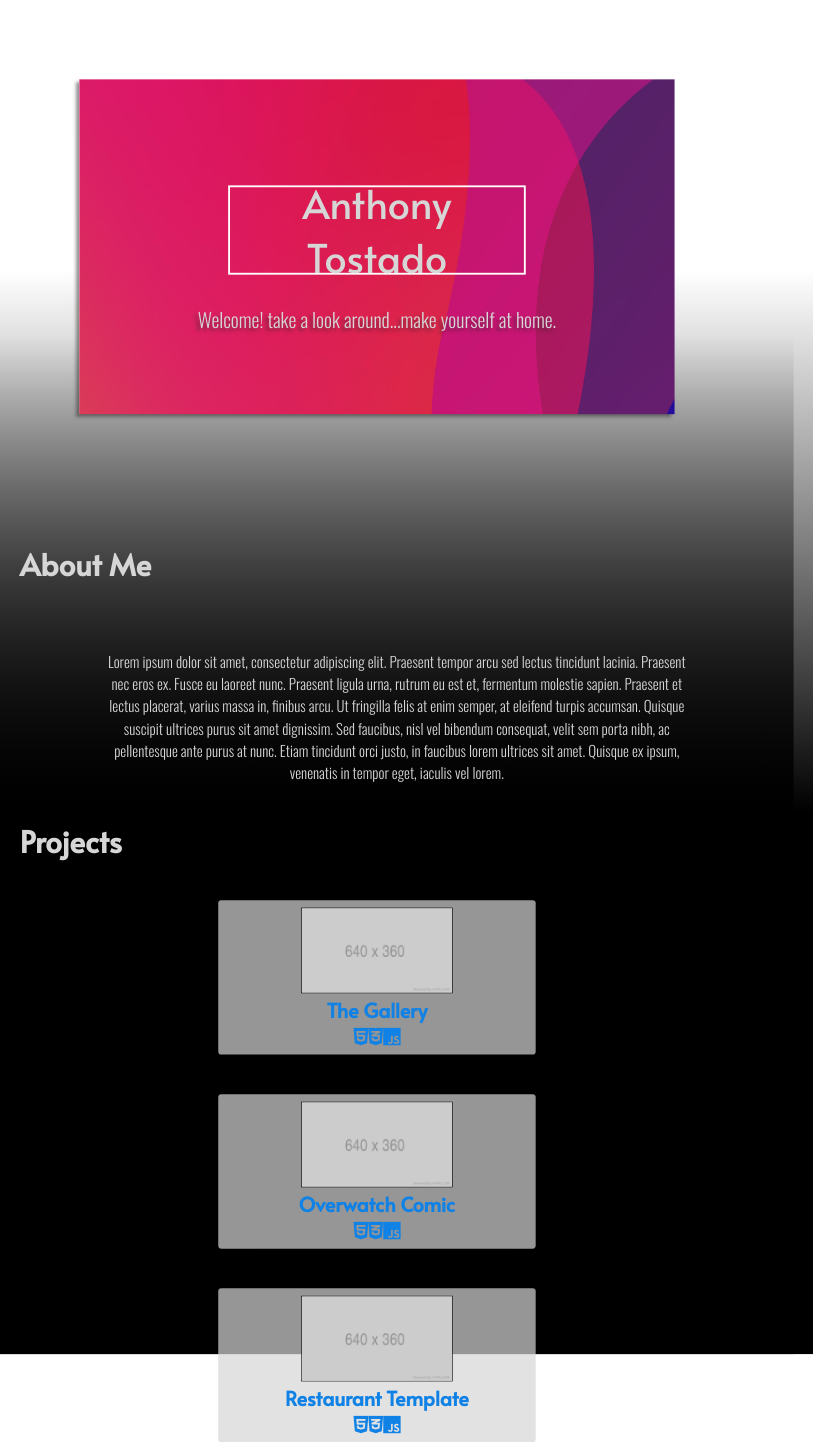
Repository: sloppytony/newport
Page: / (app in portfolio/)
These files come from the project's save history. The page is drawn as it stood at one moment and after the next save; the edit follows.
The browser window is 1280 px wide. The page is 1312 px wide, so the pictures cover 1312 px, including what lies to the right of the window. The pictures show the whole page, at 62% of full size.
Some web libraries are served in a nearby version. The project was rebuilt for these pictures with package versions that can differ from the ones it lists, and the page was loaded fresh each time.

Above is the page before, as saved 2020-08-23 15:28:22.

### portfolio/public/index.html
<!DOCTYPE html>
<html lang="en">
  <head>
    <meta charset="utf-8" />
    <link rel="icon" href="%PUBLIC_URL%/favicon.ico" />
    <meta name="viewport" content="width=device-width, initial-scale=1" />
    <meta name="theme-color" content="#000000" />
    <meta
      name="description"
      content="Web site created using create-react-app"
    />
    <link rel="apple-touch-icon" href="%PUBLIC_URL%/logo192.png" />
    <!--
      manifest.json provides metadata used when your web app is installed on a
      user's mobile device or desktop. See https://developers.google.com/web/fundamentals/web-app-manifest/
    -->
    <link rel="manifest" href="%PUBLIC_URL%/manifest.json" />
    <!--
      Notice the use of %PUBLIC_URL% in the tags above.
      It will be replaced with the URL of the `public` folder during the build.
      Only files inside the `public` folder can be referenced from the HTML.

      Unlike "/favicon.ico" or "favicon.ico", "%PUBLIC_URL%/favicon.ico" will
      work correctly both with client-side routing and a non-root public URL.
      Learn how to configure a non-root public URL by running `npm run build`.
    -->
    <link
      href="https://fonts.googleapis.com/css2?family=Alata&family=Oswald:wght@300&display=swap"
      rel="stylesheet"
    />
    <script
      src="https://kit.fontawesome.com/9a01f23326.js"
      crossorigin="anonymous"
    ></script>
    <title>React App</title>
  </head>
  <body>
    <noscript>You need to enable JavaScript to run this app.</noscript>
    <div id="root"></div>
    <!--
      This HTML file is a template.
      If you open it directly in the browser, you will see an empty page.

      You can add webfonts, meta tags, or analytics to this file.
      The build step will place the bundled scripts into the <body> tag.

      To begin the development, run `npm start` or `yarn start`.
      To create a production bundle, use `npm run build` or `yarn build`.
    -->
  </body>
</html>

### portfolio/src/index.css
* {
  margin: 0;
  padding: 0;
  box-sizing: border-box;
}

body {
  background: linear-gradient(
    180deg,
    rgba(0, 0, 0, 0) 20%,
    rgba(0, 0, 0, 1) 60%
  );
}

### portfolio/src/App.js
import React from "react";

import "./App.css";

function App() {
  return (
    <body>
      <div className="section1-container">
        <div className="section1">
          <h1 className="mainTitle">Anthony Tostado</h1>
          <p className="mainPara">
            Welcome! take a look around...make yourself at home.
          </p>
          <h2 className="scroll">Scroll</h2>
        </div>
      </div>
      <div className="section2">
        <h1 className="aboutTitle">About Me</h1>
        <p className="aboutPara">
          Lorem ipsum dolor sit amet, consectetur adipiscing elit. Praesent
          tempor arcu sed lectus tincidunt lacinia. Praesent nec eros ex. Fusce
          eu laoreet nunc. Praesent ligula urna, rutrum eu est et, fermentum
          molestie sapien. Praesent et lectus placerat, varius massa in, finibus
          arcu. Ut fringilla felis at enim semper, at eleifend turpis accumsan.
          Quisque suscipit ultrices purus sit amet dignissim. Sed faucibus, nisl
          vel bibendum consequat, velit sem porta nibh, ac pellentesque ante
          purus at nunc. Etiam tincidunt orci justo, in faucibus lorem ultrices
          sit amet. Quisque ex ipsum, venenatis in tempor eget, iaculis vel
          lorem.{" "}
        </p>
      </div>
      <div className="section3">
        <h1 className="projectTitle">Projects</h1>
        <div className="projectContent">
          <div className="card1">
            <img
              className="cardImage"
              src={require("../src/img/640x360.png")}
            ></img>
            <h1 className="cardTitle">The Gallery</h1>
            <section className="icons">
              <i class="fab fa-html5 fa-2x"></i>
              <i class="fab fa-css3-alt fa-2x"></i>
              <i class="fab fa-js fa-2x"></i>
            </section>
          </div>
          <div className="card2">
            <img
              className="cardImage"
              src={require("../src/img/640x360.png")}
            ></img>
            <h1 className="cardTitle">Overwatch Comic</h1>
            <section className="icons">
              <i class="fab fa-html5 fa-2x"></i>
              <i class="fab fa-css3-alt fa-2x"></i>
              <i class="fab fa-js fa-2x"></i>
            </section>
          </div>
          <div className="card3">
            <img
              className="cardImage"
              src={require("../src/img/640x360.png")}
            ></img>
            <h1 className="cardTitle">Restaurant Template</h1>
            <section className="icons">
              <i class="fab fa-html5 fa-2x"></i>
              <i class="fab fa-css3-alt fa-2x"></i>
              <i class="fab fa-js fa-2x"></i>
            </section>
          </div>
        </div>
      </div>
    </body>
  );
}

export default App;

### portfolio/src/App.css
.image {
  width: 100%;
  height: 100%;
}

/*opening page*/
.section1 {
  height: 100vh;
  width: 100%;
  display: flex;
  justify-content: center;
  align-items: center;
  flex-direction: column;
}

div.section1-container {
  width: 75%;
  height: 75vh;
  background: url("./img/8_28_orig.png");
  margin: 10%;
  box-shadow: -5px 5px 5px rgba(44, 44, 44, 0.5);
}

.mainTitle {
  font-family: "Alata", sans-serif;
  font-weight: 100;
  font-size: 400%;
  display: flex;
  justify-content: center;
  align-items: center;
  text-align: center;
  color: rgb(214, 214, 214);

  animation: fadeIn 1.5s;
  border: 3px solid white;
  width: 50%;
  height: 20%;
}

.mainPara {
  font-family: "Oswald", sans-serif;
  font-size: 200%;
  display: flex;
  align-items: center;
  text-align: center;
  color: rgb(214, 214, 214);
  padding: 5%;
  text-shadow: -5px 5px 5px rgba(44, 44, 44, 0.5);
  animation: fadeIn 1.5s;
}

.scroll {
  font-family: "Oswald", sans-serif;
  font-size: 300%;
  padding-bottom: 2%;
  animation: pulse 2.5s infinite;
  color: rgb(214, 214, 214);
}

/*about*/
.section2 {
  height: 75vh;
  width: 100%;
  overflow: hidden;
  display: flex;
  align-items: center;
  justify-content: center;
  flex-direction: column;
  margin-bottom: 10%;
}

h1.aboutTitle {
  height: 20%;
  width: 100%;
  margin-left: 5%;
  font-family: "Alata", sans-serif;
  font-size: 300%;
  color: rgb(214, 214, 214);
}

p.aboutPara {
  width: 75%;
  height: 20vh;
  text-align: center;
  margin: 5%;
  font-size: 150%;
  font-family: "Oswald", sans-serif;
  color: rgb(214, 214, 214);
}

/*projects*/
.section3 {
  height: 100vh;
  width: 100%;

  color: rgb(16, 130, 230);
  display: flex;
  justify-content: center;
  align-items: center;
  flex-direction: column;
}

div.projectContent {
  width: 100%;
  display: flex;
  align-items: center;
  justify-content: center;
  flex-direction: column;
  margin-right: 10%;
}

h1.projectTitle {
  height: 20vh;
  width: 100%;
  margin-left: 5%;
  font-size: 300%;
  font-family: "Alata", sans-serif;
  color: rgb(214, 214, 214);
}

div.card1 {
  height: 50%;
  width: 40%;
  display: flex;
  justify-content: center;
  align-items: center;
  flex-direction: column;
  background: rgb(214, 214, 214, 0.7);
  border-radius: 5px 5px 5px;
  margin-left: 5%;
  padding: 1%;
  margin-top: 5%;
}

div.card2 {
  height: 50%;
  width: 40%;
  display: flex;
  justify-content: center;
  align-items: center;
  flex-direction: column;
  background: rgb(214, 214, 214, 0.7);
  border-radius: 5px 5px 5px;
  margin-left: 5%;
  padding: 1%;
  margin-top: 5%;
}

div.card3 {
  height: 50%;
  width: 40%;
  display: flex;
  justify-content: center;
  align-items: center;
  flex-direction: column;
  background: rgb(214, 214, 214, 0.7);
  border-radius: 5px 5px 5px;
  margin-left: 5%;
  padding: 1%;
  margin-top: 5%;
}

img.cardImage {
  width: 50%;
  border: 1px solid black;
}

h1.cardTitle {
  margin: 1%;
  font-size: 300;
  font-family: "Alata", sans-serif;
}

@keyframes fadeIn {
  from {
    opacity: 0;
  }
  to {
    opacity: 1;
  }
}

@keyframes pulse {
  0% {
    opacity: 0;
  }

  50% {
    opacity: 1;
  }
  100% {
    opacity: 0;
  }
}

Loaded but not shown: portfolio/src/index.js (common file); portfolio/src/serviceWorker.js (common file)

After the next save:
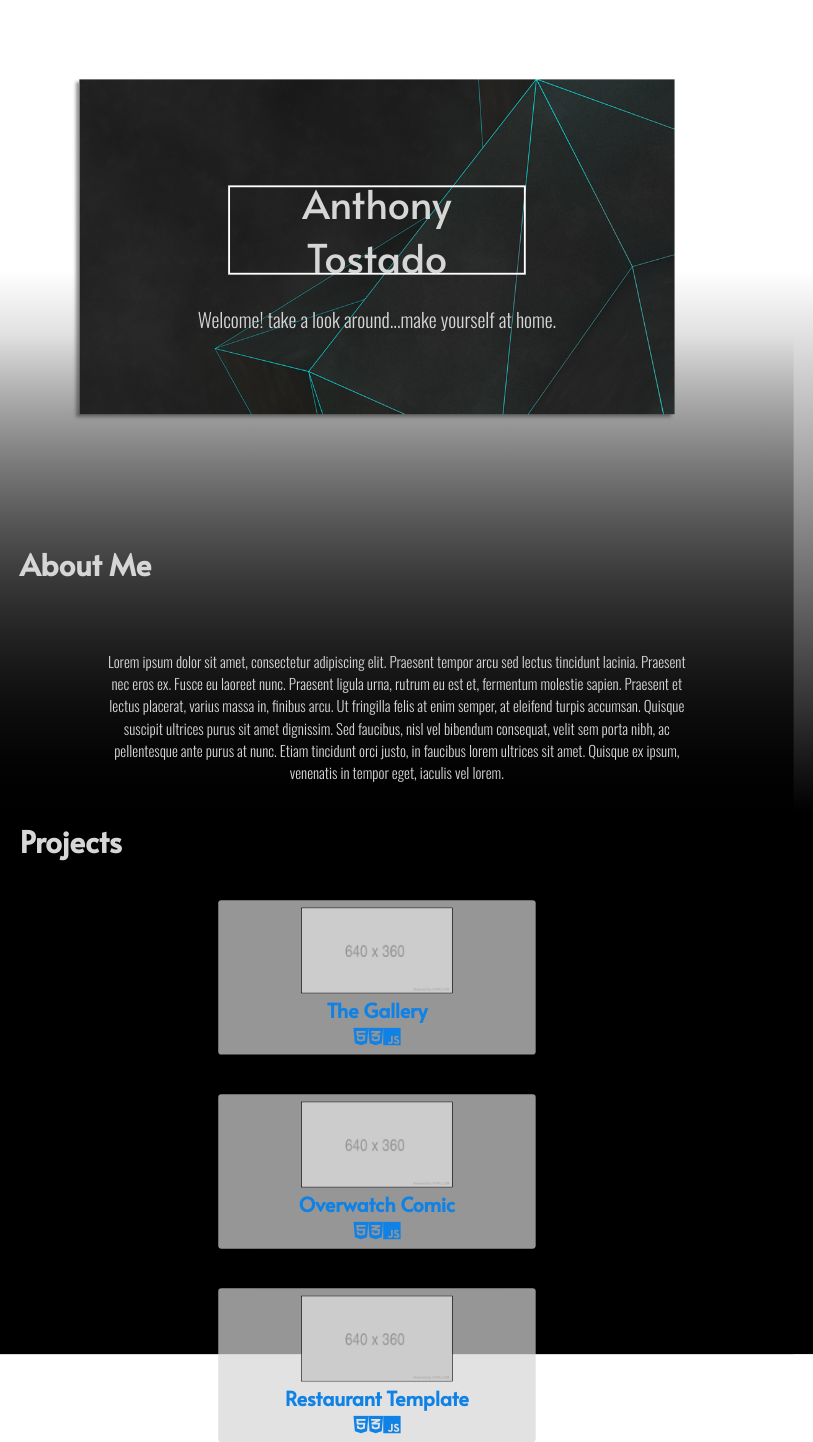
Saved 20 s later.
--- a/portfolio/src/App.css
+++ b/portfolio/src/App.css
@@ -16,7 +16,7 @@
 div.section1-container {
   width: 75%;
   height: 75vh;
-  background: url("./img/8_28_orig.png");
+  background: url("./img/1567665.png");
   margin: 10%;
   box-shadow: -5px 5px 5px rgba(44, 44, 44, 0.5);
 }
